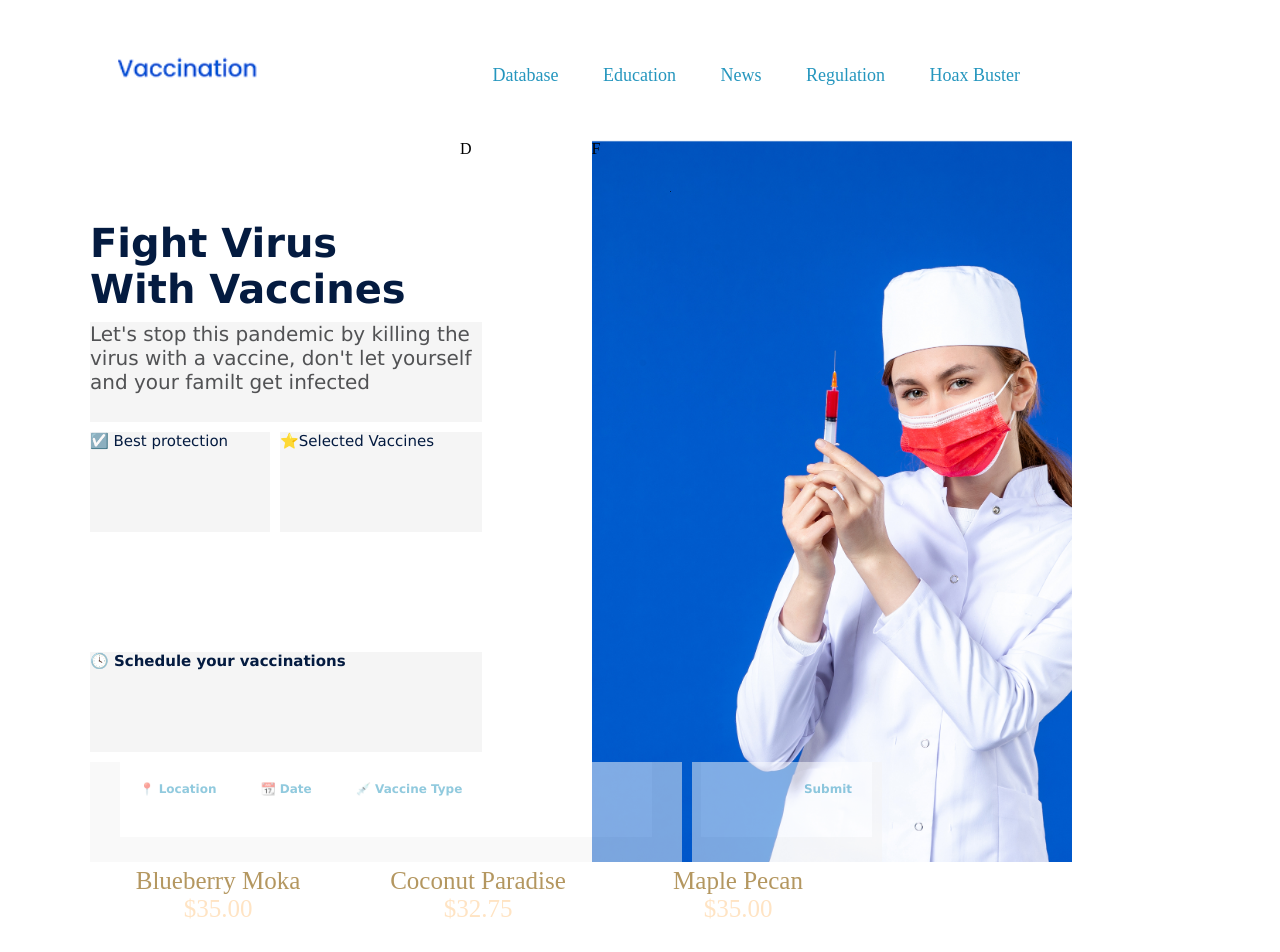
Repository: roge64/cssfrontend
Page: index.html
An editor plug-in stored every save of this project. The page is shown before and after the next save, followed by the edit.
The browser window is 1280 px wide. The pictures show the part of the page from y = 0 to 952 px (the page is 2338 px tall before and 2400 px after).
A picture or video elsewhere on the page could not be fetched, so the positions and the page height are approximate.

Above is the page before, as saved 2022-03-10 17:32:10.

### index.html
<!DOCTYPE html>
<html lang="en">

<head>
    <meta charset="UTF-8">
    <meta http-equiv="X-UA-Compatible" content="IE=edge">
    <meta name="viewport" content="width=device-width, initial-scale=1.0">
    <title>3 Cakes</title>
    <link rel="stylesheet" href="estilos/estilos.css">


</head>

<body>

    <section id="container">

        <header>
            <!--             <p style="color:#b49760"> Only 3 cakes for 3 months, and then we change all! </p> -->

        </header>

    <section id="banner">

        <article id="banner1">

        </article>

        <article id="banner2">
            <ul class="menu">
                <li><a href="#home"></a>Database</li>
                <li><a href="#cakes"></a>Education</li>
                <li><a href="#decor"></a>News</li>
                <li><a href="#order"></a>Regulation</li>
                <li><a href="#admin"></a>Hoax Buster</li>
                <!-- <li><a href="#void"></a>   </li> -->
            </ul>
        </article>

    </section>


<!--     <section id="tienda">
        <article id="cake1"> </article>
        <article id="cake2"> </article>
        <div class="wrapper">
            <div class="box e">E</div>
            <div class="box f">F</div>
            <div class="box g">G</div>
            <div class="box h">H</div>
        </div>
    </section> -->

    <div class="wrapper">
        <div class="box d">D</div>
        <div class="box e" style="color:#041b40">Fight Virus With Vaccines</div>
        <div class="box f">F</div>
        <div class="box g" style="color:#515254"> Let's stop this pandemic by killing the virus with a vaccine, don't let yourself and your familt get infected</div>
        <div class="box h" style="color:#041b40">☑️ Best protection</div>
        <div class="box i" style="color:#041b40"> ⭐Selected Vaccines</div>
        <div class="box j" style="color:#041b40"> 🕓 Schedule your vaccinations</div>
        <article id="banner3">
            <ul class="menu">
                <li><a href="#home"></a>📍 Location</li>
                <li><a href="#cakes"></a>📆 Date</li>
                <li><a href="#decor"></a>💉 Vaccine Type</li>

            </ul>
        </article>
        <article id="banner4">
            <ul class="menu">
                <li><a href="#home"></a>Submit</li>
            </ul>
        </article>
    </div>

    <section id="names">
        <article id="name1">
            <p style="color:#b49760"> Blueberry Moka</p>
            <p style="color: bisque"> $35.00</p>
        </article>
        <article id="name2">
            <p style="color:#b49760"> Coconut Paradise</p>
            <p style="color: bisque"> $32.75</p>
        </article>
        <article id="name3">
            <p style="color:#b49760"> Maple Pecan</p>
            <p style="color: bisque"> $35.00</p>
        </article>
    </section>

    <section id="separador">


    </section>

    <section id="social">
        <article id="social1">
            <a href="#"><img src="img/instagram.png" alt="instagram"></a>
            <a href="#"><img src="img/facebook.png" alt="facebook"></a>
            <a href="#"><img src="img/youtube.png" alt="youtube"></a>
            <a href="#"><img src="img/twitter.png" alt="twitter"></a>
        </article>

        <article id="social2">
            <div id="lte_icons-2" class="widget widget_lte_icons">
                <h3 class="lte-header-widget " style="color:bisque"><span class="widget-icon"></span>Contact us
                </h3>
                <ul class="lte-social-icons-list">
                    <li>
                        <a href="#"><span class="lte-ic icon icon-phone-call"></span><span class="lte-header"
                                style="color:bisque">Phone:</span><span class="lte-txt" style="color:#b49760">+52
                                01-2345-6789<br> </span>
                        </a>
                    </li>
                    <li>
                        <a href="#"><span class="lte-ic icon icon-location"></span><span class="lte-header"
                                style="color:bisque">Our location:</span><span class="lte-txt" style="color:#b49760">975
                                FrontEnd Ave, NA 105048, Unknown</span>
                        </a>
                    </li>
                    <li>
                        <a href="#"><span class="lte-ic icon icon-mail"></span><span class="lte-header"
                                style="color:bisque">Email:</span><span class="lte-txt"
                                style="color:#b49760">3cakes@3cakes.com</span>
                        </a>
                    </li>
                    <li>
                        <a href="#">
                            <span class="lte-ic icon icon-mail"></span>
                            <span class="lte-header" style="color:bisque">Hours:</span>
                            <span class="lte-txt" style="color:#b49760">Monday - Friday: 10:00 - 20:00</span>
                            <br>
                            <span class="lte-txt" style="color:#b49760">Saturday -Sunday: 10:00 - 14:00</span>
                        </a>
                    </li>
                </ul>
            </div>

        </article>
    </section>


    <footer>
        <p style="color:#b49760"> Copyright &copy; 2021-<script>
                document.write(new Date().getFullYear())
            </script> Rogelio Valdés All Rights Reserved</p>
        <article id="footer1"></article>
    </footer>

    </section>

</body>

</html>

### estilos/estilos.css
*{
    border: 0 ;
    margin: 0 ;
    padding: 0;
/*     text-decoration: none; */
}

body{
/*     font-family: Geneva; */
    background-color: rgb(0, 0, 0);
    width:1100px;
    margin-left:auto;
    margin-right:auto;

    background-color:white;
/* background-image:
radial-gradient(circle at 100% 150%, black 24%, #101010 24%, #101010 28%, black 28%, black 36%, #101010 36%, #101010 40%, transparent 40%, transparent),
radial-gradient(circle at 0    150%, black 24%, #101010 24%, #101010 28%, black 28%, black 35%, #101010 36%, #101010 40%, transparent 40%, transparent),
radial-gradient(circle at 50%  100%, #101010 10%, black 10%, black 23%, #101010 23%, #101010 30%, black 30%, black 43%, #101010 43%, #101010 50%, black 50%, black 63%, #101010 63%, #101010 71%, transparent 71%, transparent),
radial-gradient(circle at 100% 50%, #101010 5%, black 5%, black 15%, #101010 15%, #101010 20%, black 20%, black 29%, #101010 29%, #101010 34%, black 34%, black 44%, #101010 44%, #101010 49%, transparent 49%, transparent),
radial-gradient(circle at 0    50%, #101010 5%, black 5%, black 15%, #101010 15%, #101010 20%, black 20%, black 29%, #101010 29%, #101010 34%, black 34%, black 44%, #101010 44%, #101010 48%, transparent 49%, transparent);
background-size: 50px 31px;
 */
}

.menu{
    list-style: none;
    padding: 0;
    background: white;
    width: 90%;
    height: 75px;
    max-width: 900px;
    margin: auto;
}

.menu li{
    text-decoration: none;
    color: #2596be;
    padding: 20px;
    display: block;
}

.menu li{
    display: inline-block;
    text-align: right;
}

.menu li:hover{
    background: #2747c5;
}


#container, header, #banner, #noticias, #marcas, footer, #social1{
    /* background-color:rgb(255, 255, 255); */
    background-color:white;
/* background-image:
radial-gradient(circle at 100% 150%, black 24%, #101010 24%, #101010 28%, black 28%, black 36%, #101010 36%, #101010 40%, transparent 40%, transparent),
radial-gradient(circle at 0    150%, black 24%, #101010 24%, #101010 28%, black 28%, black 35%, #101010 36%, #101010 40%, transparent 40%, transparent),
radial-gradient(circle at 50%  100%, #101010 10%, black 10%, black 23%, #101010 23%, #101010 30%, black 30%, black 43%, #101010 43%, #101010 50%, black 50%, black 63%, #101010 63%, #101010 71%, transparent 71%, transparent),
radial-gradient(circle at 100% 50%, #101010 5%, black 5%, black 15%, #101010 15%, #101010 20%, black 20%, black 29%, #101010 29%, #101010 34%, black 34%, black 44%, #101010 44%, #101010 49%, transparent 49%, transparent),
radial-gradient(circle at 0    50%, #101010 5%, black 5%, black 15%, #101010 15%, #101010 20%, black 20%, black 29%, #101010 29%, #101010 34%, black 34%, black 44%, #101010 44%, #101010 48%, transparent 49%, transparent);
background-size: 50px 31px;
 */
    height: 1500px;
    width: 1100px;

}

header{
/*     background-color:antiquewhite;
 */
    height: 40px;
    text-align: center;
    font-size: x-large;

}

#banner{
    background-color:white;
/*     background-color:rgb(25, 25, 25); */
    width: 1100px;
    height: 100px;


}


#noticias{
/*     background-color: antiquewhite;
 */
    height: 200px;
}

#tienda #names{
/*     background-color: grey; */
/* background-color:black;
background-image:
radial-gradient(circle at 100% 150%, black 24%, #101010 24%, #101010 28%, black 28%, black 36%, #101010 36%, #101010 40%, transparent 40%, transparent),
radial-gradient(circle at 0    150%, black 24%, #101010 24%, #101010 28%, black 28%, black 35%, #101010 36%, #101010 40%, transparent 40%, transparent),
radial-gradient(circle at 50%  100%, #101010 10%, black 10%, black 23%, #101010 23%, #101010 30%, black 30%, black 43%, #101010 43%, #101010 50%, black 50%, black 63%, #101010 63%, #101010 71%, transparent 71%, transparent),
radial-gradient(circle at 100% 50%, #101010 5%, black 5%, black 15%, #101010 15%, #101010 20%, black 20%, black 29%, #101010 29%, #101010 34%, black 34%, black 44%, #101010 44%, #101010 49%, transparent 49%, transparent),
radial-gradient(circle at 0    50%, #101010 5%, black 5%, black 15%, #101010 15%, #101010 20%, black 20%, black 29%, #101010 29%, #101010 34%, black 34%, black 44%, #101010 44%, #101010 48%, transparent 49%, transparent);
background-size: 50px 31px; */

    height: 300px;
    width: 1000px;
    padding-left: 10px;
    padding-right: 10px;
    padding-top: 5px;
    text-align: center;
}

#marcas{
/*     background-color:rgb(58, 41, 18); */
    height: 205px;
}


footer{
    width: 800px;
/*     background-color:rgb(0, 0, 0); */
    text-align: center;
    height: 25px;
    padding-top: 7px;

}


#banner #banner1{
/*     background-color: rgb(180, 134, 73); */
    width: 170px;
    height: 50px;
    float: left;
    text-align: center;
/*     display: inline-block; */
    margin: 5px 5px;
    background-image: url("../img/logo1.png");
    background-repeat: no-repeat;
    background-size: cover;
}

#banner #banner2{
/*     background-color: rgb(180, 134, 73); */
    width: 750px;
    height: 100px;
    float: right;
/*     display: inline-block; */
    /* vertical-align: center;  */
    margin: 5px 5px;
    font-size: 18px;
}

#noticias #news1{
/*     background-color: rgb(41, 38, 34); */
    font-size: 50px;

    text-align: center;
    width: 790px;
    height: 200px;
    display: inline-block;
    vertical-align: center;
    margin: 5px 5px;

}


#tienda #cake1{
    background: rgb(109, 175, 33);
    width: 480px;
    height: 485px;
    display: inline-block;
    vertical-align: top;
    margin: 5px 8px;

}

#tienda #cake2{
    background: cornflowerblue;
    width: 450px;
    height: 585px;
    display: inline-block;
    vertical-align: top;
    margin: 5px 70px;
    background-image: url("../img/picx1.png");
    background-repeat: no-repeat;
    background-size: cover;
}

/* #tienda #cake3{
    background: rgb(175, 169, 112);
    width: 240px;
    height: 285px;
    display: inline-block;
    vertical-align: top;
    margin: 5px 5px;
} */

#names #name1{
    font-size: 25px;
    text-align: center;
    width: 240px;
    height: 60px;
    display: inline-block;
    vertical-align: top;
    margin: 5px 8px;
}

#names #name2{
    font-size: 25px;
    text-align: center;
    width: 240px;
    height: 60px;
    display: inline-block;
    vertical-align: top;
    margin: 5px 8px;
}

#names #name3{
    font-size: 25px;
    text-align: center;
    width: 240px;
    height: 60px;
    display: inline-block;
    vertical-align: top;
    margin: 5px 8px;
}

#social #social1{
    text-decoration: none;
/*     background: rgb(109, 175, 33); */
    width: 375px;
    height: 150px;
    display: inline-block;
    vertical-align: center;
    margin: 10px 12px;
}

#social #social2{
    text-decoration: none;
/*     background: rgb(109, 175, 33); */
    width: 375px;
    height: 150px;
    display: inline-block;
    vertical-align: center;
    margin: 10px 10px;
}

#social #social1 {
    color: rgb(175, 169, 112);


}

#separador {
        width: 800px;
        text-align: center;
        height: 100px;

}

.wrapper {
    display: grid;
    grid-template-columns: repeat(1, 1fr);
    gap: 10px;
    grid-auto-rows: minmax(100px, auto);
  }


  .e {
    grid-column: 1 / 38;
    grid-row: 1 / 2;
    margin-top: 80px;
    background-color:white;
    font-family:Verdana, Geneva, Tahoma, sans-serif;
    font-size: 40px;
    font-weight: 600;
    font-stretch: expanded;
  }
  .f {
    grid-column: 50 / 99;
    grid-row: 1 / 7;
    background-color:aqua;
    background-image: url("../img/picx1.png");
    background-repeat: no-repeat;
    background-size: cover;

  }
  .g {
    grid-column: 1 / 40;
    grid-row: 2 / 3;
    margin-top: 20;
    background-color:whitesmoke;
    font-family:Verdana, Geneva, Tahoma, sans-serif;
    font-size: 20px;
    font-weight: 500;
    font-stretch: expanded;
  }
  .h {
    grid-column: 1 / 20;
    grid-row: 3 / 3;
    background-color:whitesmoke;
    font-family:Verdana, Geneva, Tahoma, sans-serif;
    font-size: 15px;
    font-weight: 200;
    font-stretch: expanded;
  }
  .i {
    grid-column: 20 / 40;
    grid-row: 3 / 3;
    background-color:whitesmoke;
    font-family:Verdana, Geneva, Tahoma, sans-serif;
    font-size: 15px;
    font-weight: 200;
    font-stretch: expanded;
  }
  .j {
    grid-column: 1 / 40;
    grid-row: 5 / 5;
    background-color:whitesmoke;
    font-family:Verdana, Geneva, Tahoma, sans-serif;
    font-size: 15px;
    font-weight: 600;
    font-stretch: expanded;
  }
  .k {
    grid-column: 1 / 40;
    grid-row: 6 / 6;
    background-color:whitesmoke;
    font-family:Verdana, Geneva, Tahoma, sans-serif;
    font-size: 15px;
    font-weight: 600;
    font-stretch: expanded;
  }

  #banner3 {
    grid-column: 1 / 60;
    grid-row: 6 / 6;
    background-color:whitesmoke;
    font-family:Verdana, Geneva, Tahoma, sans-serif;
    font-size: 12px;
    font-weight: 600;
    font-stretch: expanded;
    opacity: .5;
  }

  #banner4 {
    grid-column: 60 / 80;
    grid-row: 6 / 6;
    background-color:whitesmoke;
    font-family:Verdana, Geneva, Tahoma, sans-serif;
    font-size: 12px;
    font-weight: 600;
    font-stretch: expanded;
    text-align: right;
    opacity: .5;
  }

  .#banner4 :hover{
    background: #2747c5;
}

After the next save:
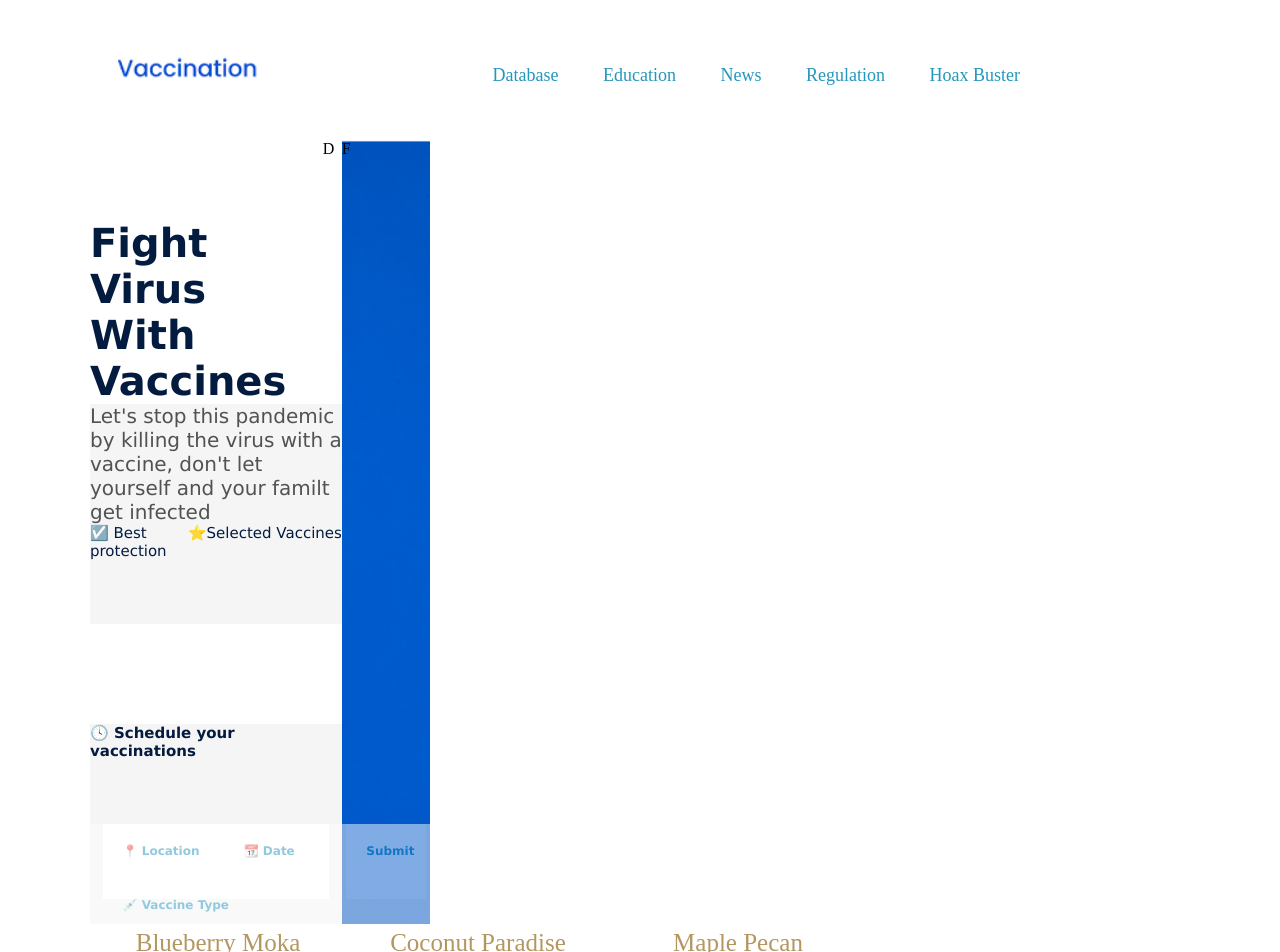
Saved 20 s later.
--- a/estilos/estilos.css
+++ b/estilos/estilos.css
@@ -261,7 +261,7 @@
 .wrapper {
     display: grid;
     grid-template-columns: repeat(1, 1fr);
-    gap: 10px;
+    gap: ;
     grid-auto-rows: minmax(100px, auto);
   }
 

After the save that followed:
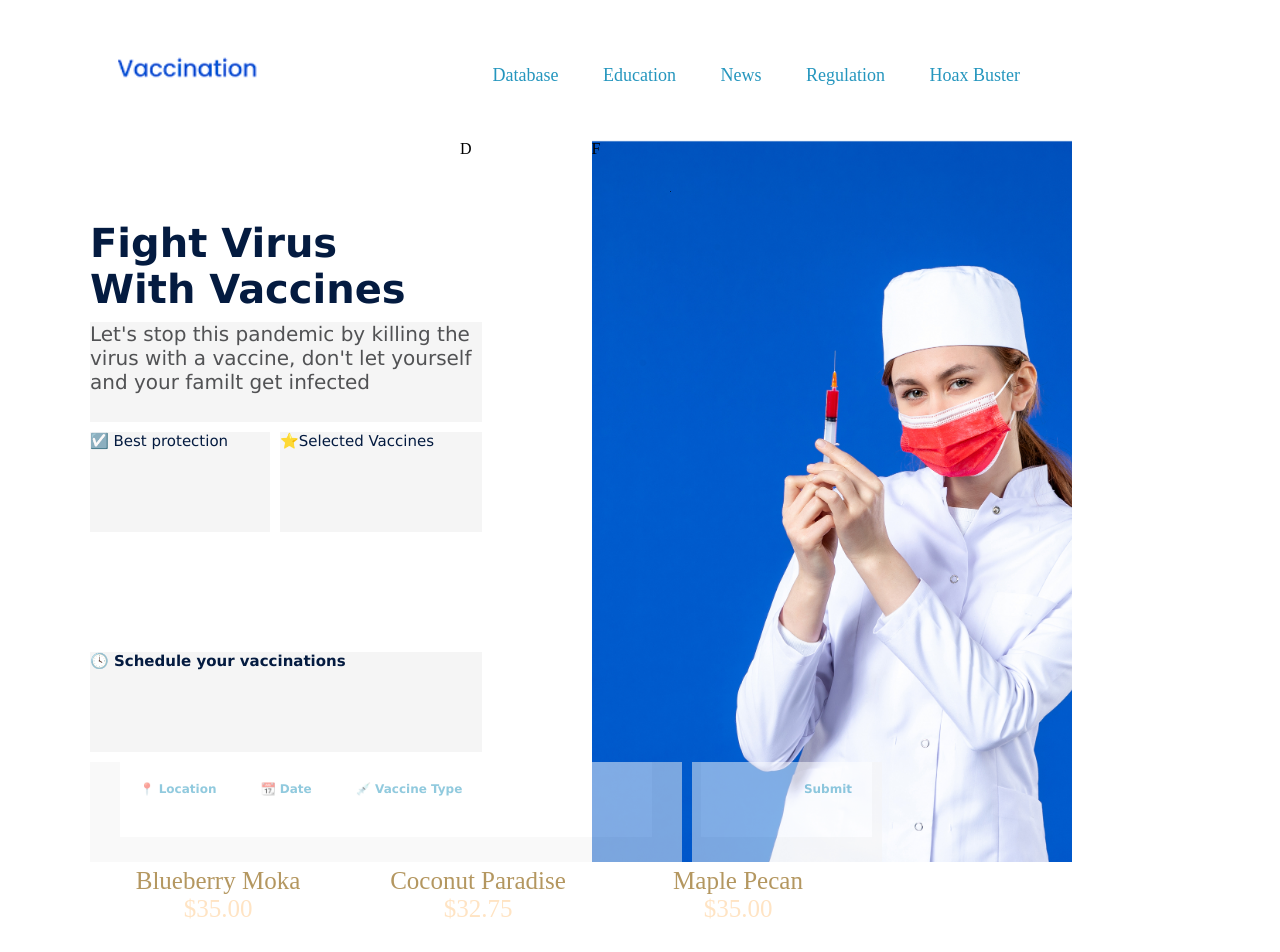
Saved 6 s later.
--- a/estilos/estilos.css
+++ b/estilos/estilos.css
@@ -261,7 +261,7 @@
 .wrapper {
     display: grid;
     grid-template-columns: repeat(1, 1fr);
-    gap: ;
+    gap: 10px;
     grid-auto-rows: minmax(100px, auto);
   }
 
